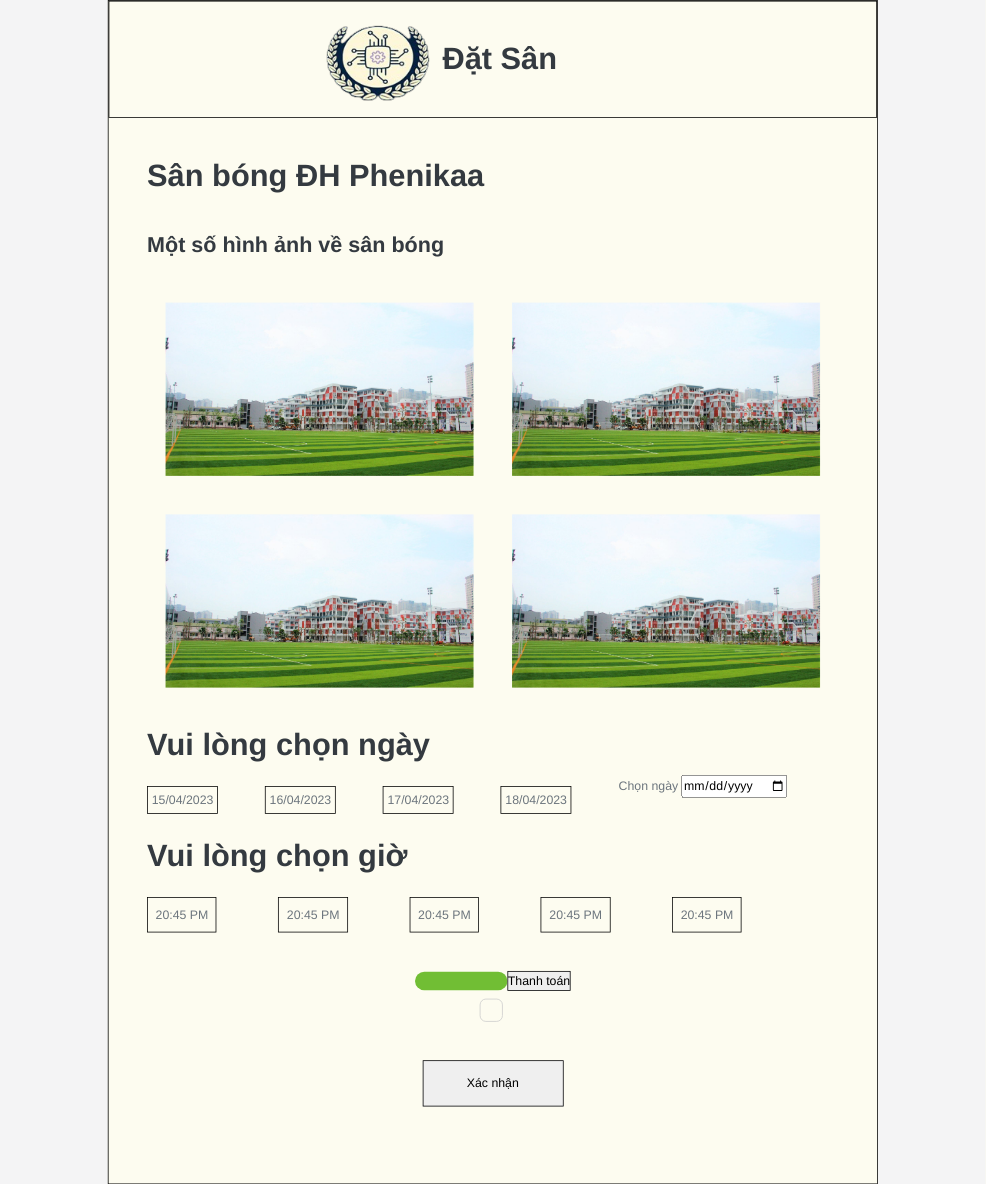
Repository: tus3300/BTL
Page: code/tacket.html
The author's editor kept a copy of each file at every save. The page is drawn from the files as they stood at one save, then again after a run of saves.
The browser window is 1280 px wide. The pictures show the whole page, at 77% of full size.

Above is the page before, as saved 2023-05-20 23:59:36.

### code/tacket.html
<div class="tacket">
    <link href="css/style.css" rel="stylesheet">
    <link href="https://cdnjs.cloudflare.com/ajax/libs/font-awesome/5.15.0/css/all.min.css" rel="stylesheet">
    <link href="lib/owlcarousel/assets/owl.carousel.min.css" rel="stylesheet">
    <link rel="stylesheet" href="css/test.css">
    <link rel="preconnect" href="https://fonts.gstatic.com">
    <link href="https://fonts.googleapis.com/css2?family=Roboto:wght@300;400;500;700;900&display=swap" rel="stylesheet">
    <div class="head-tacket">
        <img src="./img/logo.png" alt="" class="">
        <h1 class="">Đặt Sân</h1>
    </div>
    <div id="toast"></div>
    <div class="main-tacket">
        <div class="head-main-tacket">
            <h1 class="">Sân bóng ĐH Phenikaa</h1>
            <h3 class="">Một số hình ảnh về sân bóng</h3>
            <div class="main-tacket-img">
                <img src="./img/news-500x280-4.jpg" alt="" class="">
                <img src="./img/news-500x280-4.jpg" alt="" class="">
                <img src="./img/news-500x280-4.jpg" alt="" class="">
                <img src="./img/news-500x280-4.jpg" alt="" class="">
            </div>
        </div>
        <div class="main-main-tacket">
            <div class="day-main-ticket">
                <h1 class="h1-main-tacket">Vui lòng chọn ngày</h1>
                <div class="round-ul">
                    <ul class="ul-day-tacket">
                        <li class="li-tacket">
                            <div class="item-tacket">
                                15/04/2023
                            </div>
                        </li>
                        <li class="li-tacket">
                            <div class="item-tacket">
                                16/04/2023
                            </div>
                        </li>
                        <li class="li-tacket">
                            <div class="item-tacket">
                                17/04/2023
                            </div>
                        </li>
                        <li class="li-tacket">
                            <div class="item-tacket">
                                18/04/2023
                            </div>
                        </li>

                        <div class="datepicker">
                            <label for="dateofbirth">Chọn ngày</label>
                            <input type="date" name="dateofbirth" id="dateofbirth">
                        </div>
                    </ul>
                </div>
            </div>

            <div class="hour-main-ticket">
                <h1 class="h1-main-tacket">Vui lòng chọn giờ</h1>
                <ul class="ul-hour-ticket">
                    <li class="li-hour-ticket">
                        <div class="hour-ticket">20:45 PM</div>
                    </li>
                    <li class="li-hour-ticket">
                        <div class="hour-ticket">20:45 PM</div>
                    </li>
                    <li class="li-hour-ticket">
                        <div class="hour-ticket">20:45 PM</div>
                    </li>
                    <li class="li-hour-ticket">
                        <div class="hour-ticket">20:45 PM</div>
                    </li>
                    <li class="li-hour-ticket">
                        <div class="hour-ticket">20:45 PM</div>
                    </li>
                </ul>
            </div>
        </div>
    </div>

    <div class="foot-ticket">
        <div class="bill-ticket">
           <div onclick="showSuccessToast();" class="btn btn--success"></div> <button>Thanh toán</button>
        </div>
        <div class="check-bill">
            <style>
              .checkbox-style {
                display: inline-flex;
                align-items: center;
                gap: 10px;
                cursor: pointer;
                display: flex;
                justify-content: center;
                align-items: center;
                margin-top: 10px;
                margin-left: 5px;
              }
              .checkbox-label {
                cursor: pointer;
              }
              .checkbox-style input {
                display: none;
              }
              .checkbox-box {
                width: 30px;
                height: 30px;
                border: 1px solid #ccc;
                border-radius: 8px;
                padding: 5px;
                color: transparent;
                transition: all 0.2s linear;
              }
              .checkbox-input:checked + .checkbox-box {
                background-color: #6a5af9;
                border-color: #6a5af9;
                color: white;
              }
            </style>
            <label for="checkbox" class="checkbox-style">
              <input
                type="checkbox"
                name="evondev"
                id="checkbox"
                class="checkbox-input"
              />
              <div class="checkbox-box">
                <svg
                  xmlns="http://www.w3.org/2000/svg"
                  class="h-5 w-5"
                  viewBox="0 0 20 20"
                  fill="currentColor"
                >
                  <path
                    fill-rule="evenodd"
                    d="M16.707 5.293a1 1 0 010 1.414l-8 8a1 1 0 01-1.414 0l-4-4a1 1 0 011.414-1.414L8 12.586l7.293-7.293a1 1 0 011.414 0z"
                    clip-rule="evenodd"
                  />
                </svg>
              </div>
              <label for="checkbox" class="checkbox-label"></label>
            </label>
        </div>
        <div class="check-ticket">
          <a href="" class=""><button>Xác nhận</button></a>
        </div>
    </div>


  <script src="js/test.js"></script>
</div>
<script src="js/date.js"></script>

### code/css/test.css
* {
  padding: 0;
  margin: 0;
  box-sizing: border-box;
}

body {
  height: 100vh;
  display: flex;
  flex-direction: column;
  font-family: "Helvetica Neue";
  background-color: #f4f4f5;
}

body > div {
  margin: auto;
}

/* ======= Buttons ======== */

/* Block */
.btn {
  display: inline-block;
  text-decoration: none;
  background-color: transparent;
  border: none;
  outline: none;
  color: #fff;
  padding: 12px 48px;
  border-radius: 50px;
  cursor: pointer;
  min-width: 120px;
  transition: opacity 0.2s ease;
}

/* Modifier */
.btn--size-l {
  padding: 16px 56px;
}

.btn--size-s {
  padding: 8px 32px;
}

.btn:hover {
  opacity: 0.8;
}

.btn + .btn {
  margin-left: 16px;
}

.btn--success {
  background-color: #71be34;
}

.btn--warn {
  background-color: #ffb702;
}

.btn--danger {
  background-color: #ff623d;
}

.btn--disabled {
  opacity: 0.5 !important;
  cursor: default;
}

/* ======= Toast message ======== */

#toast {
  position: fixed;
  top: 32px;
  right: 32px;
  z-index: 999999;
}

.toast {
  display: flex;
  align-items: center;
  background-color: #fff;
  border-radius: 2px;
  padding: 20px 0;
  min-width: 400px;
  max-width: 450px;
  border-left: 4px solid;
  box-shadow: 0 5px 8px rgba(0, 0, 0, 0.08);
  transition: all linear 0.3s;
}

@keyframes slideInLeft {
  from {
    opacity: 0;
    transform: translateX(calc(100% + 32px));
  }
  to {
    opacity: 1;
    transform: translateX(0);
  }
}

@keyframes fadeOut {
  to {
    opacity: 0;
  }
}

.toast--success {
  border-color: #47d864;
}

.toast--success .toast__icon {
  color: #47d864;
}

.toast--info {
  border-color: #2f86eb;
}

.toast--info .toast__icon {
  color: #2f86eb;
}

.toast--warning {
  border-color: #ffc021;
}

.toast--warning .toast__icon {
  color: #ffc021;
}

.toast--error {
  border-color: #ff623d;
}

.toast--error .toast__icon {
  color: #ff623d;
}

.toast + .toast {
  margin-top: 24px;
}

.toast__icon {
  font-size: 24px;
}

.toast__icon,
.toast__close {
  padding: 0 16px;
}

.toast__body {
  flex-grow: 1;
}

.toast__title {
  font-size: 16px;
  font-weight: 600;
  color: #333;
}

.toast__msg {
  font-size: 14px;
  color: #888;
  margin-top: 6px;
  line-height: 1.5;
}

.toast__close {
  font-size: 20px;
  color: rgba(0, 0, 0, 0.3);
  cursor: pointer;
}

### code/js/test.js

  // Toast function
function toast({ title = "", message = "", type = "info", duration = 3000 }) {
  const main = document.getElementById("toast");
  if (main) {
    const toast = document.createElement("div");

    // Auto remove toast
    const autoRemoveId = setTimeout(function () {
      main.removeChild(toast);
    }, duration + 1000);

    // Remove toast when clicked
    toast.onclick = function (e) {
      if (e.target.closest(".toast__close")) {
        main.removeChild(toast);
        clearTimeout(autoRemoveId);
      }
    };

    const icons = {
      success: "fas fa-check-circle",
      info: "fas fa-info-circle",
      warning: "fas fa-exclamation-circle",
      error: "fas fa-exclamation-circle"
    };
    const icon = icons[type];
    const delay = (duration / 1000).toFixed(2);

    toast.classList.add("toast", `toast--${type}`);
    toast.style.animation = `slideInLeft ease .3s, fadeOut linear 1s ${delay}s forwards`;

    toast.innerHTML = `
                    <div class="toast__icon">
                        <i class="${icon}"></i>
                    </div>
                    <div class="toast__body">
                        <h3 class="toast__title">${title}</h3>
                        <p class="toast__msg">${message}</p>
                    </div>
                    <div class="toast__close">
                        <i class="fas fa-times"></i>
                    </div>
                `;
    main.appendChild(toast);
  }
}
function showSuccessToast() {
  toast({
    title: "Thành công!",
    message: "Bạn đã đăng ký thành công tài khoản tại F8.",
    type: "success",
    duration: 5000
  });
}

function showErrorToast() {
  toast({
    title: "Thất bại!",
    message: "Có lỗi xảy ra, vui lòng liên hệ quản trị viên.",
    type: "error",
    duration: 5000
  });
}

### code/js/date.js
const itemTacket = document.querySelectorAll('.item-tacket');

itemTacket.forEach((item) => {
    item.addEventListener("click" ,function(event){
        itemTacket.forEach((el) => el.classList.remove('active'));
        event.target.classList.add('active')
    })
})


const hourticket = document.querySelectorAll('.hour-ticket');

hourticket.forEach((item) => {
    item.addEventListener("click" ,function(event){
        hourticket.forEach((el) => el.classList.remove('active'));
        event.target.classList.add('active')
    })
})

Loaded but not shown: code/css/style.css (library); code/lib/owlcarousel/assets/owl.carousel.min.css (common file)

After the next 2 saves:
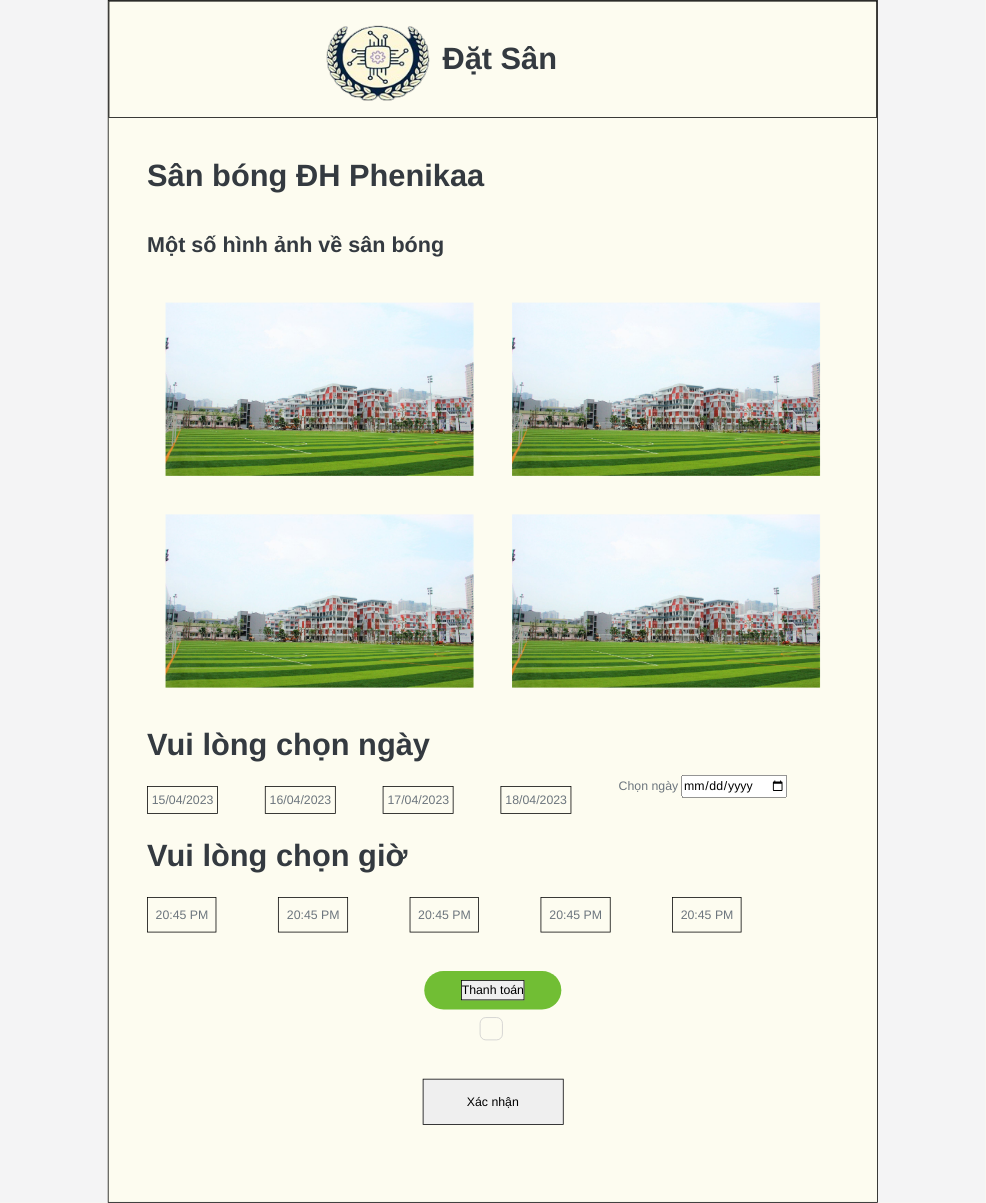
The 2 saves are shown as one change because they came seconds apart.
The last was saved 6 s later.
--- a/code/tacket.html
+++ b/code/tacket.html
@@ -80,7 +80,7 @@
 
     <div class="foot-ticket">
         <div class="bill-ticket">
-           <div onclick="showSuccessToast();" class="btn btn--success"></div> <button>Thanh toán</button>
+           <div onclick="showSuccessToast();" class="btn btn--success"><button>Thanh toán</button></div>
         </div>
         <div class="check-bill">
             <style>
